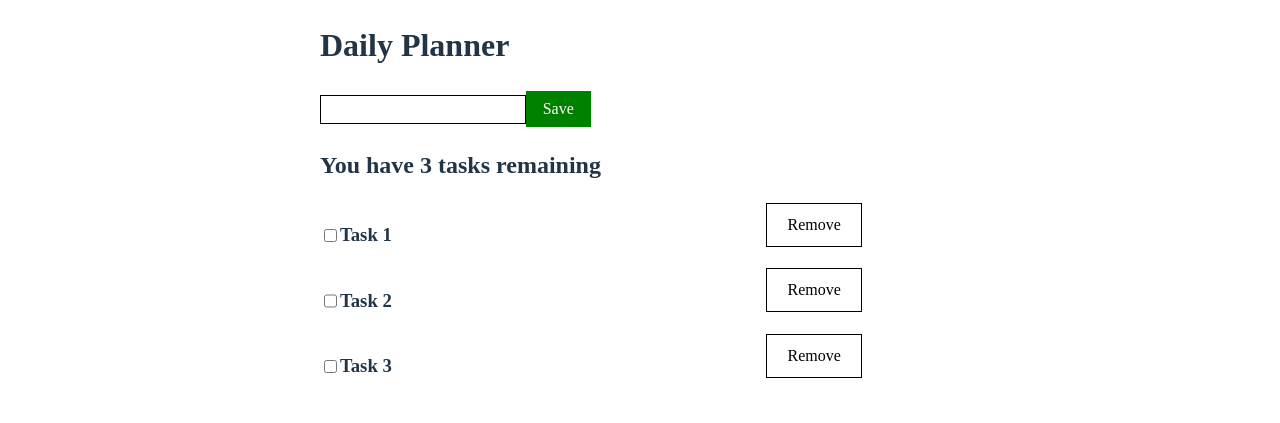
Repository: SamanthaYan298/my_planner
Page: /
An editor plug-in stored every save of this project. The page is shown before and after the next save, followed by the edit.
The browser window is 1280 px wide. The pictures show the whole page.
The project was rebuilt for these pictures with package versions that can differ from the ones it lists, and the page was loaded fresh each time. Also part of the build but not shown: vite.config.js.

Above is the page before, as saved 2024-10-07 17:22:13.

After the next save:
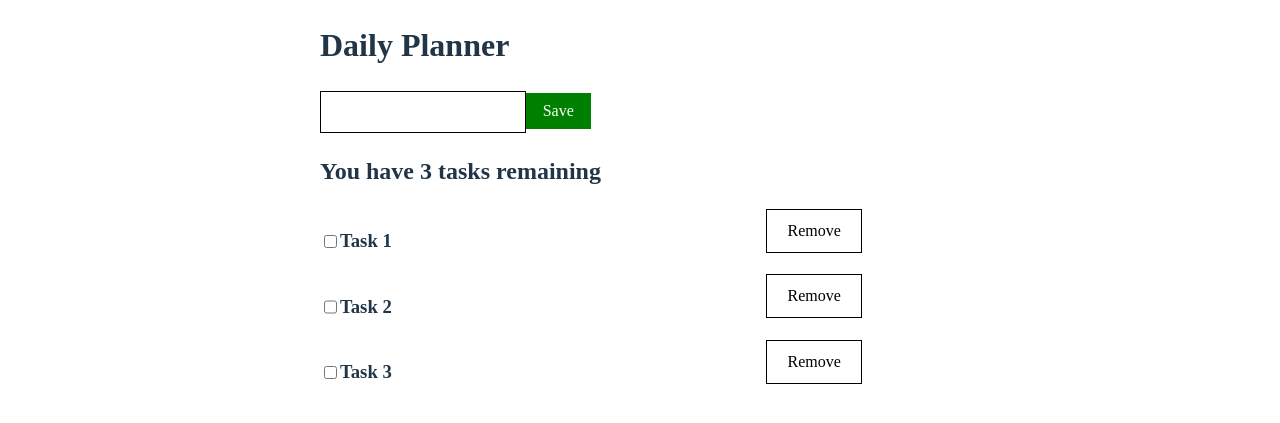
Saved 4 s later.
--- a/src/App.css
+++ b/src/App.css
@@ -37,7 +37,7 @@
 .form-input {
   padding: 0.5em 1em;
   border: 1px solid;
-  height: 1em
+  height: 2em
 }
 
 div h3 {
